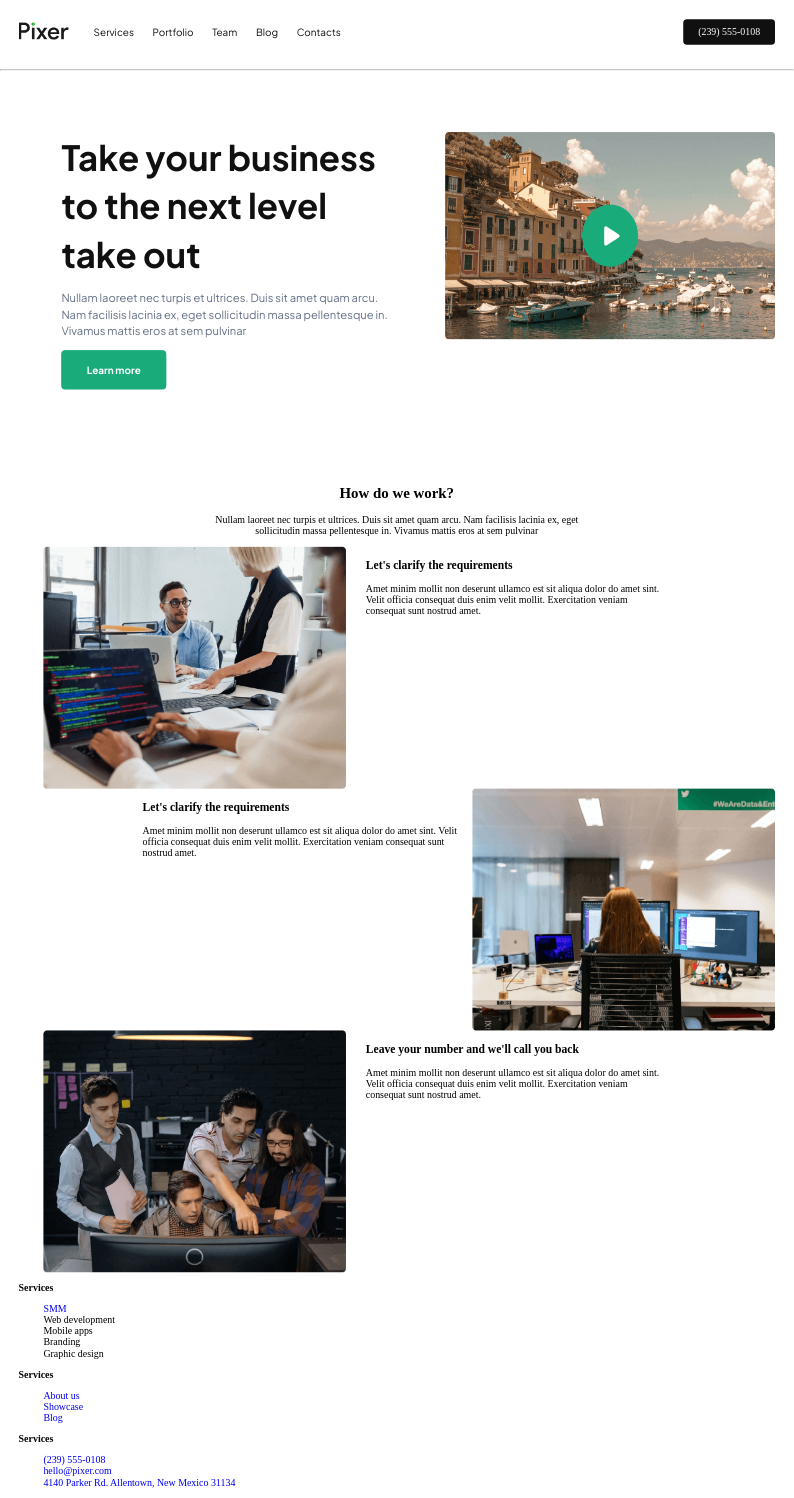
Repository: UlugbekAbdurasulov/pixar
Page: index.html
These files come from the project's save history. The page is drawn as it stood at one moment and after a run of saves; the edit follows.
The browser window is 1280 px wide. The pictures show the whole page, at 62% of full size.

Above is the page before, as saved 2023-06-05 02:04:29.

### index.html
<!DOCTYPE html>
<html lang="en">
  <head>
    <meta charset="UTF-8" />
    <meta http-equiv="X-UA-Compatible" content="IE=edge" />
    <meta name="viewport" content="width=device-width, initial-scale=1.0" />

    <link rel="stylesheet" href="./css/main.css" />
    <title>Imthon</title>
  </head>
  <body>
    <header class="navbar">
      <div class="container">
        <div class="navbar-box">
          <div class="navvar-right">
            <a href="#"
              ><img
                src="./image/logo.svg"
                width="81"
                height="28"
                alt="pixer campaign lagatip"
            /></a>

            <nav class="navbar-naving">
              <ul class="navvar-helper">
                <li class="navbar-menu">
                  <a class="navbar-menu-link" href="#"><p>Services</p></a>
                </li>
                <li class="navbar-menu">
                  <a class="navbar-menu-link" href="#"><p>Portfolio</p></a>
                </li>
                <li class="navbar-menu">
                  <a class="navbar-menu-link" href="#"><p>Team</p></a>
                </li>
                <li class="navbar-menu">
                  <a class="navbar-menu-link" href="#"><p>Blog</p></a>
                </li>
                <li class="navbar-menu">
                  <a class="navbar-menu-link" href="#"><p>Contacts</p></a>
                </li>
              </ul>
            </nav>
          </div>
          <div class="navbar-link">
            <a class="navbar-enker" href="tel:2395550108">(239) 555-0108 </a>
          </div>
        </div>
      </div>
    </header>
    <hr />


        <div class="container">
            <div  class="hero">
                <div class="hero-wrapper">
                    <div class="hero-wrapper-information">
                        <h1 class="hero-wrapper-footer">
                            Take your   business to the next level take out
                        </h1>
                        <p class="hero-wrapper-text">
                            Nullam laoreet nec turpis et ultrices. Duis sit amet quam arcu. Nam facilisis lacinia ex, eget sollicitudin massa pellentesque in. Vivamus mattis eros at sem pulvinar
                        </p>
                       <a class="hero-wrapper-enker" href="#">Learn more</a>
                    </div>
                    <img src="./image/You-Tube.png" width="532" height="334" alt="">
                </div>
            </div>
</div>
    </menu>
    <section>
    <!-- text -->
    </section>


  <section>
    <div class="container">

      <div class="Services">
        <h2>How do we work?</h2>
        <p>Nullam laoreet nec turpis et ultrices. Duis sit amet quam arcu. Nam facilisis lacinia ex, eget sollicitudin massa pellentesque in. Vivamus mattis eros at sem pulvinar</p>
      </div>
   <ul>
    <li class="services-work"><img src="./image/lissining.png" alt=""> <div class="Services-cantent"><h3>Let's clarify the requirements</h3> <p> Amet minim mollit non deserunt ullamco est sit aliqua dolor do amet sint. Velit officia consequat duis enim velit mollit. Exercitation veniam consequat sunt nostrud amet. </p></div></li>
    <li class="services-work roower"><img src="./image/work.png" alt=""> <div class="Services-cantent cantent"><h3>Let's clarify the requirements</h3> <p> Amet minim mollit non deserunt ullamco est sit aliqua dolor do amet sint. Velit officia consequat duis enim velit mollit. Exercitation veniam consequat sunt nostrud amet. </p></div></li>
    <li class="services-work"><img src="./image/team.png" alt=""> <div class="Services-cantent"><h3>Leave your number and we'll call you back</h3> <p> Amet minim mollit non deserunt ullamco est sit aliqua dolor do amet sint. Velit officia consequat duis enim velit mollit. Exercitation veniam consequat sunt nostrud amet. </p></div></li>
   </ul>
    </div>
  </section>

  <footer>


      <div class="sayt-footer-start">

        <div class="container">
          <div class="sayt-footer-start-services">
            <strong>Services</strong>
            <ul>
              <li><a href="#"> SMM </a></li>
              <li>Web development</li>
              <li>Mobile apps</li>
              <li>Branding</li>
              <li>Graphic design</li>
            </ul>

          </div>
          <div class="sayt-footer-start-Resources">
            <strong>Services</strong>
            <ul>
              <li><a href="#">About us</a></li>
              <li><a href="#">Showcase</a></li>
              <li><a href="#">Blog</a></li>
            </ul>

          </div>

          <div class="sayt-footer-start-Connect">
            <strong>Services</strong>
            <ul>
              <li><a href="#">(239) 555-0108</a></li>
              <li><a href="#">hello@pixer.com</a></li>
              <li><a href="#">4140 Parker Rd. Allentown, New Mexico 31134</a></li>

            </ul>

          </div>

        </div>

      </div>
      <div class="sayt-footer-bottom">
        <div class="container"></div>
      </div>

  </footer>
  </body>
</html>

### css/main.css
/* plus-jakarta-sans-regular - latin */
@font-face {
  font-display: swap; /* Check https://developer.mozilla.org/en-US/docs/Web/CSS/@font-face/font-display for other options. */
  font-family: "Plus Jakarta Sans";
  font-style: normal;
  font-weight: 400;
  src: url("../fontFamly/plus-jakarta-sans-v7-latin-regular.woff2")
      format("woff2"),
    /* Chrome 36+, Opera 23+, Firefox 39+, Safari 12+, iOS 10+ */
      url("../fontFamly/plus-jakarta-sans-v7-latin-regular.woff") format("woff"); /* Chrome 5+, Firefox 3.6+, IE 9+, Safari 5.1+, iOS 5+ */
}

@font-face {
  font-display: swap; /* Check https://developer.mozilla.org/en-US/docs/Web/CSS/@font-face/font-display for other options. */
  font-family: "Plus Jakarta Sans";
  font-style: italic;
  font-weight: 500;
  src: url("../fontFamly/plus-jakarta-sans-v7-latin-500italic.woff2")
      format("woff2"),
    /* Chrome 36+, Opera 23+, Firefox 39+, Safari 12+, iOS 10+ */
      url("../fontFamly/plus-jakarta-sans-v7-latin-500italic.woff")
      format("woff"); /* Chrome 5+, Firefox 3.6+, IE 9+, Safari 5.1+, iOS 5+ */
}

@font-face {
  font-display: swap; /* Check https://developer.mozilla.org/en-US/docs/Web/CSS/@font-face/font-display for other options. */
  font-family: "Plus Jakarta Sans";
  font-style: normal;
  font-weight: 600;
  src: url("../fontFamly/plus-jakarta-sans-v7-latin-600.woff2") format("woff2"),
    /* Chrome 36+, Opera 23+, Firefox 39+, Safari 12+, iOS 10+ */
      url("../fontFamly/plus-jakarta-sans-v7-latin-600.woff") format("woff"); /* Chrome 5+, Firefox 3.6+, IE 9+, Safari 5.1+, iOS 5+ */
}

@font-face {
  font-display: swap; /* Check https://developer.mozilla.org/en-US/docs/Web/CSS/@font-face/font-display for other options. */
  font-family: "Plus Jakarta Sans";
  font-style: normal;
  font-weight: 700;
  src: url("../fontFamly/plus-jakarta-sans-v7-latin-700.woff2") format("woff2"),
    /* Chrome 36+, Opera 23+, Firefox 39+, Safari 12+, iOS 10+ */
      url("../fontFamly/plus-jakarta-sans-v7-latin-700.woff") format("woff"); /* Chrome 5+, Firefox 3.6+, IE 9+, Safari 5.1+, iOS 5+ */
}

* {
  box-sizing: border-box;
  text-decoration: none;
  list-style: none;
}
body {
  margin: 0;
  padding: 0;
  background-color: #fff;
}
.container {
  width: 1260px;
  margin: 0px auto;
  padding: 0 20px;
}
.navbar-box {
  padding-top: 24px;
  padding-bottom: 24px;
  display: flex;
  justify-content: space-between;
  align-items: center;
  margin: 0;
}

.navvar-right {
  display: flex;
  justify-content: center;
  align-items: center;
  margin: 0;
}
.navvar-helper {
  display: flex;
  margin: 0;
}
.navbar-menu {
  margin-right: 30px;
}
.navbar-enker {
  color: #fff;
  margin: auto right;
  background: #101010;
  border-radius: 6px;
  padding: 12px 24px;
  margin-top: 24px;
}
.navbar-menu-link :hover {
  color: #1aab7b;
}
.navbar-menu-link :active {
  color: #1aab7b;
}

.hr {
  background: #ffffff;
  border-bottom: 1px solid #eeeef4;
}
.hero {
  padding-top: 91px;
  padding-bottom: 156px;
}
.hero-wrapper {
  display: flex;
  justify-content: space-between;
  margin: 0;
}
.hero-wrapper-information {
  width: 550px;
  margin: 0 auto;
}

.hero-wrapper-footer {
  font-family: "Plus Jakarta Sans";
  font-style: normal;
  font-weight: 700;
  font-size: 56px;
  line-height: 140%;
  color: #101010;
  margin: 0;
}
.hero-wrapper-text {
  font-family: "Plus Jakarta Sans";
  font-style: normal;
  font-weight: 400;
  font-size: 18px;
  line-height: 150%;
  color: #636f87;

  margin-bottom: 40px;
}

/* .navbar-link{
        margin: 0 auto;
        padding-top: 24px;
    } */
.navbar-menu-link {
  font-family: "Plus Jakarta Sans";
  font-style: normal;
  font-weight: 500;
  font-size: 16px;
  line-height: 150%;

  color: #101010;
}
.hero-wrapper-enker {
  font-family: "Plus Jakarta Sans";
  font-style: normal;
  font-weight: 700;
  font-size: 16px;
  line-height: 120%;

  text-align: center;
  padding: 20px 40px;
  color: #fff;
  border: 1px #1aab7b solid;
  background-color: #1aab7b;
  border-radius: 6px;
}

.hero-wrapper-enker:hover {
  background: #ffffff;
  border: 1.5px solid #1aab7b;
  border-radius: 6px;
  color: #1aab7b;
}
.hero-wrapper-enker :active {
  background-color: #1aab7b;
  opacity: 0.7;
  color: #fff;
}

.Services{
    width: 650px;
    /* margin: 0 auto; */

 margin: 0 auto;
text-align: center;
}
.services-work{
  display: flex;
}
.Services-cantent{
width: 488px;
margin-left: 32px;
}
.roower{
  flex-direction: row-reverse;
}
.cantent{
  width: 532px;
}

### image/logo.svg
<svg width="81" height="28" viewBox="0 0 81 28" fill="none" xmlns="http://www.w3.org/2000/svg">
<path d="M0 27.3919V0.303287H9.34316C10.5077 0.295204 11.664 0.499932 12.7556 0.907471C13.7897 1.29072 14.742 1.86772 15.5618 2.6078C16.3947 3.36821 17.057 4.29789 17.5046 5.3351C17.9523 6.3723 18.175 7.49328 18.158 8.62358C18.1698 9.74744 17.9445 10.8611 17.497 11.8913C17.0496 12.9215 16.39 13.8449 15.5618 14.6008C14.7422 15.3412 13.7899 15.9182 12.7556 16.3011C11.6648 16.7088 10.5093 16.9139 9.34542 16.9065H4.25674V27.3862L0 27.3919ZM9.45604 12.8257C10.1017 12.8382 10.7431 12.7171 11.34 12.4697C11.8662 12.2485 12.3409 11.92 12.7341 11.5051C13.1055 11.1105 13.3993 10.649 13.5999 10.1448C13.7961 9.66446 13.8984 9.15069 13.9013 8.63152C13.8979 7.55157 13.4798 6.51456 12.7341 5.73642C12.3077 5.30129 11.7976 4.95789 11.2348 4.72715C10.672 4.49641 10.0684 4.38315 9.46056 4.39429H4.25674V12.8302L9.45604 12.8257Z" fill="#191919"/>
<path d="M21.4734 8.85371V27.3919H25.6556V8.85371H21.4734Z" fill="#191919"/>
<path d="M26.3611 2.83451C26.3674 3.20623 26.2989 3.57538 26.1598 3.91992C26.0208 4.26446 25.814 4.57731 25.5518 4.83977C25.2975 5.10879 24.9903 5.32169 24.6496 5.46494C24.3089 5.60819 23.9422 5.67864 23.573 5.6718V0.000627874C23.9422 -0.00592918 24.3088 0.0646457 24.6494 0.207876C24.9901 0.351106 25.2973 0.563865 25.5518 0.832657C25.8134 1.09484 26.0199 1.40716 26.1589 1.75105C26.2979 2.09495 26.3667 2.4634 26.3611 2.83451Z" fill="#35AF39"/>
<path d="M23.5696 0.000636352V5.67521C23.1955 5.68389 22.8238 5.61441 22.4779 5.47118C22.132 5.32795 21.8195 5.11409 21.5603 4.84318C21.2969 4.58076 21.0891 4.26751 20.9494 3.92231C20.8097 3.5771 20.7411 3.20708 20.7475 2.83452C20.7422 2.46314 20.8114 2.09449 20.9511 1.75055C21.0907 1.40662 21.2979 1.09445 21.5603 0.832666C21.8199 0.562198 22.1324 0.34864 22.4782 0.205443C22.824 0.0622456 23.1956 -0.00748732 23.5696 0.000636352Z" fill="#35AF39"/>
<path d="M34.8486 17.9709L28.481 8.85371H33.3417L37.3343 14.7176H37.4471L41.1722 8.85371H46.2203L39.7781 17.9709L46.3331 27.3919H41.3664L37.3726 21.3387H37.2598L33.2999 27.3919H28.3681L34.8486 17.9709Z" fill="#191919"/>
<path d="M65.2893 22.9653C64.4947 24.4194 63.3552 25.654 61.9717 26.5598C60.5419 27.5196 58.7843 27.9995 56.699 27.9995C55.3882 28.0133 54.088 27.7623 52.8757 27.2615C51.7354 26.7889 50.7032 26.0872 49.8426 25.1996C48.9783 24.302 48.2996 23.2413 47.8458 22.0789C47.3571 20.8192 47.1142 19.4769 47.1301 18.1251C47.1227 16.8268 47.3523 15.5382 47.8074 14.3231C48.2358 13.1637 48.8815 12.0975 49.7094 11.182C50.5737 10.2405 51.6261 9.49271 52.7979 8.98757C53.9696 8.48244 55.2344 8.23133 56.5094 8.25066C57.9392 8.25066 59.214 8.49022 60.3338 8.96934C61.4151 9.42349 62.3856 10.1076 63.1784 10.9746C63.9808 11.8743 64.5899 12.9305 64.9676 14.0771C65.3926 15.3558 65.6028 16.6966 65.5895 18.0446V18.3846C65.5654 18.4964 65.5526 18.6104 65.5512 18.7247C65.5266 18.8237 65.514 18.9253 65.5139 19.0274H51.3123C51.3651 19.8327 51.583 20.6185 51.9524 21.3353C52.2761 21.9571 52.7174 22.5096 53.2516 22.9619C53.7568 23.3856 54.3391 23.7067 54.9663 23.9073C55.562 24.1045 56.1847 24.2066 56.8119 24.21C58.016 24.21 59.0082 23.9202 59.7886 23.3405C60.5665 22.7601 61.2192 22.0274 61.7075 21.1868L65.2893 22.9653ZM61.4073 15.8149C61.3409 15.3791 61.2207 14.9534 61.0495 14.5476C60.85 14.0652 60.5555 13.6284 60.1837 13.2632C59.7461 12.8402 59.2354 12.5006 58.6767 12.2612C58.0619 11.9838 57.315 11.8452 56.436 11.8452C55.2319 11.8452 54.1957 12.2045 53.3273 12.9232C52.4588 13.6418 51.8749 14.6057 51.5753 15.8149H61.4073Z" fill="#191919"/>
<path d="M68.7547 8.85369H72.7055V11.6536H72.9313C73.1688 11.1616 73.4819 10.7102 73.8591 10.316C74.247 9.89965 74.6912 9.54019 75.1787 9.24817C75.6682 8.95657 76.186 8.71577 76.7241 8.5295C77.226 8.34898 77.7544 8.25397 78.2875 8.24837C78.8074 8.23859 79.3264 8.29612 79.8317 8.41954C80.2394 8.52653 80.632 8.68498 81 8.8911L79.7944 12.7123C79.4992 12.5808 79.1891 12.4856 78.8711 12.4289C78.4668 12.3607 78.0573 12.3288 77.6474 12.3337C77.0015 12.3262 76.3626 12.4698 75.7815 12.7531C75.2163 13.0321 74.7108 13.4195 74.2937 13.8935C73.8555 14.3945 73.5168 14.9752 73.2959 15.604C73.0551 16.2746 72.9339 16.9826 72.938 17.6954V27.3918H68.7614L68.7547 8.85369Z" fill="#191919"/>
</svg>

After the next 8 saves:
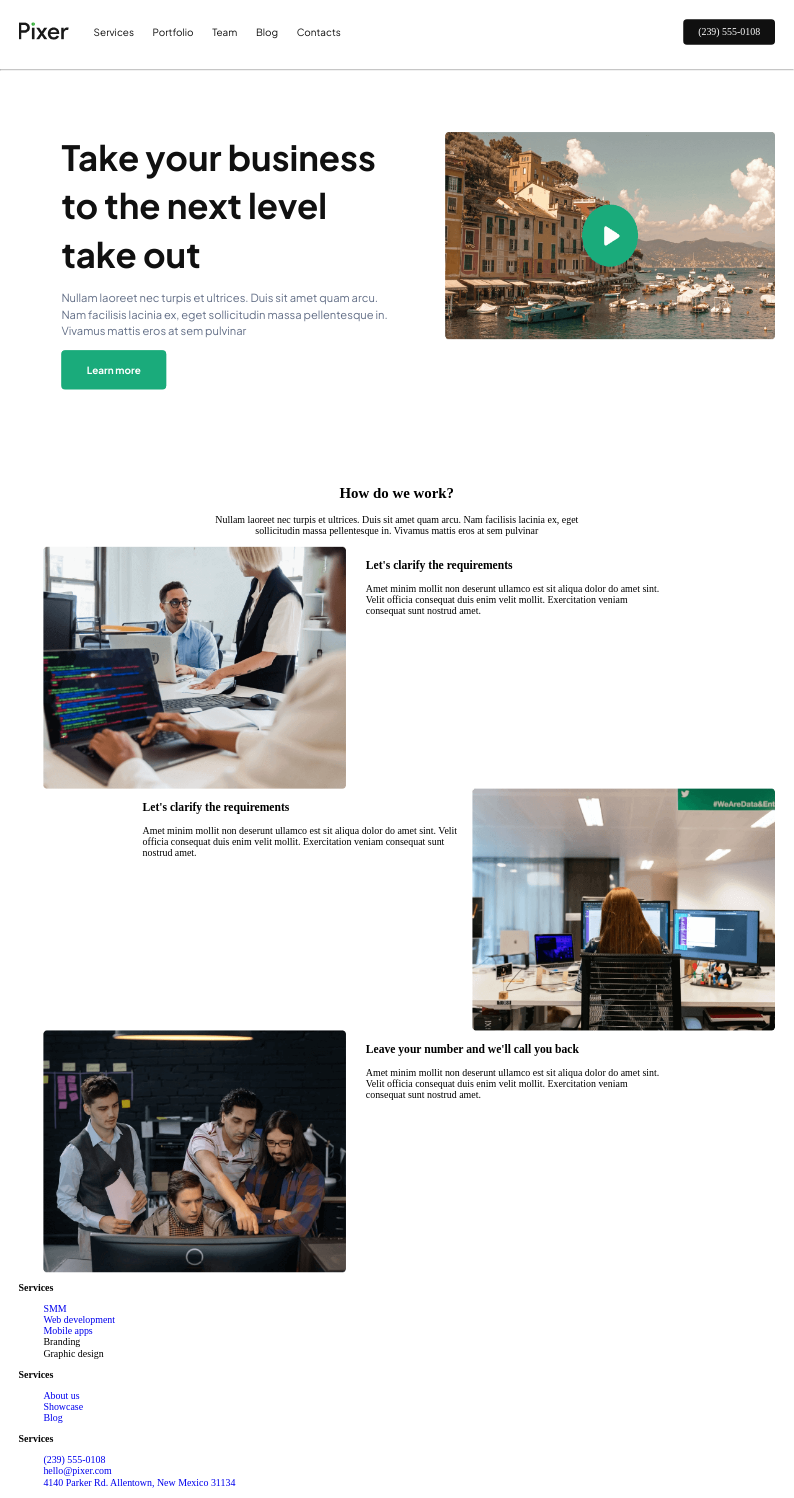
The 8 saves are shown as one change because they came seconds apart.
The last was saved 23 s later.
--- a/index.html
+++ b/index.html
@@ -97,8 +97,8 @@
             <strong>Services</strong>
             <ul>
               <li><a href="#"> SMM </a></li>
-              <li>Web development</li>
-              <li>Mobile apps</li>
+              <li><a href="#"> Web development</a></li>
+              <li><a href="#"> Mobile apps </a></li>
               <li>Branding</li>
               <li>Graphic design</li>
             </ul>
